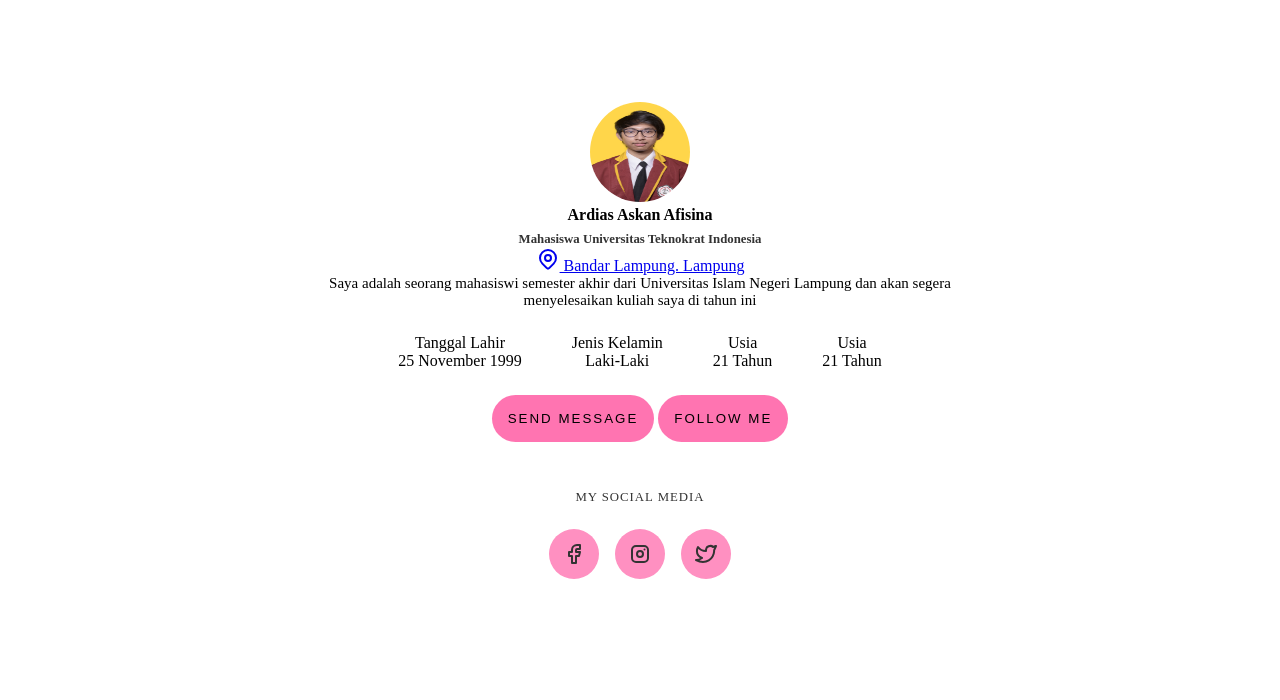
Repository: askan-ken/SMK-Telkom
Page: index.html
The author's editor kept a copy of each file at every save. The page is drawn from the files as they stood at one save, then again after a run of saves.
The browser window is 1280 px wide. The pictures show the part of the page from y = 868 to 1568 px (the page is 1568 px tall).
A picture or video elsewhere on the page could not be fetched, so the positions and the page height are approximate. Some web fonts or font styles are not loaded; a fallback is used.

Above is the page before, as saved 2023-02-17 20:45:16.
Console error: ReferenceError: registerButton is not defined

After the next 10 saves:
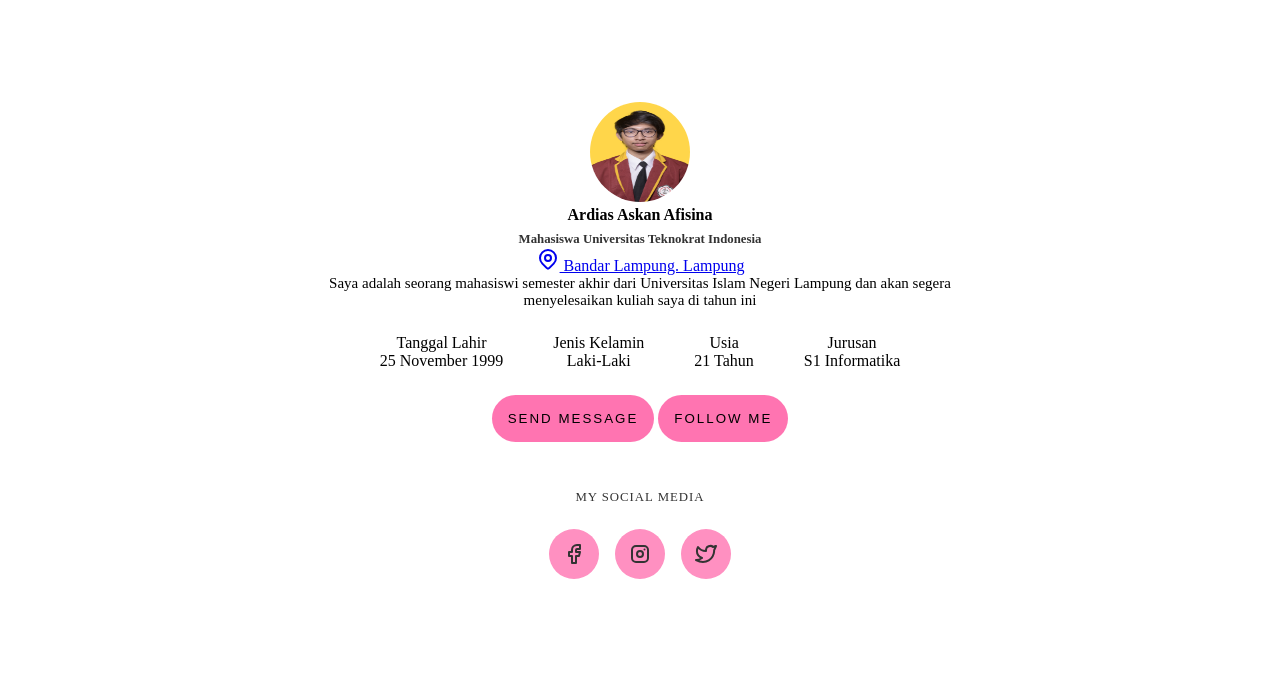
The 10 saves are shown as one change because they came seconds apart.
The last was saved 19 s later.
--- a/index.html
+++ b/index.html
@@ -164,8 +164,8 @@
                   <p>21 Tahun</p>
               </div>
               <div>
-                  <p>Usia</p>
-                  <p>21 Tahun</p>
+                  <p>Jurusan</p>
+                  <p>S1 Informatika</p>
               </div>
           </div>
       </div>
